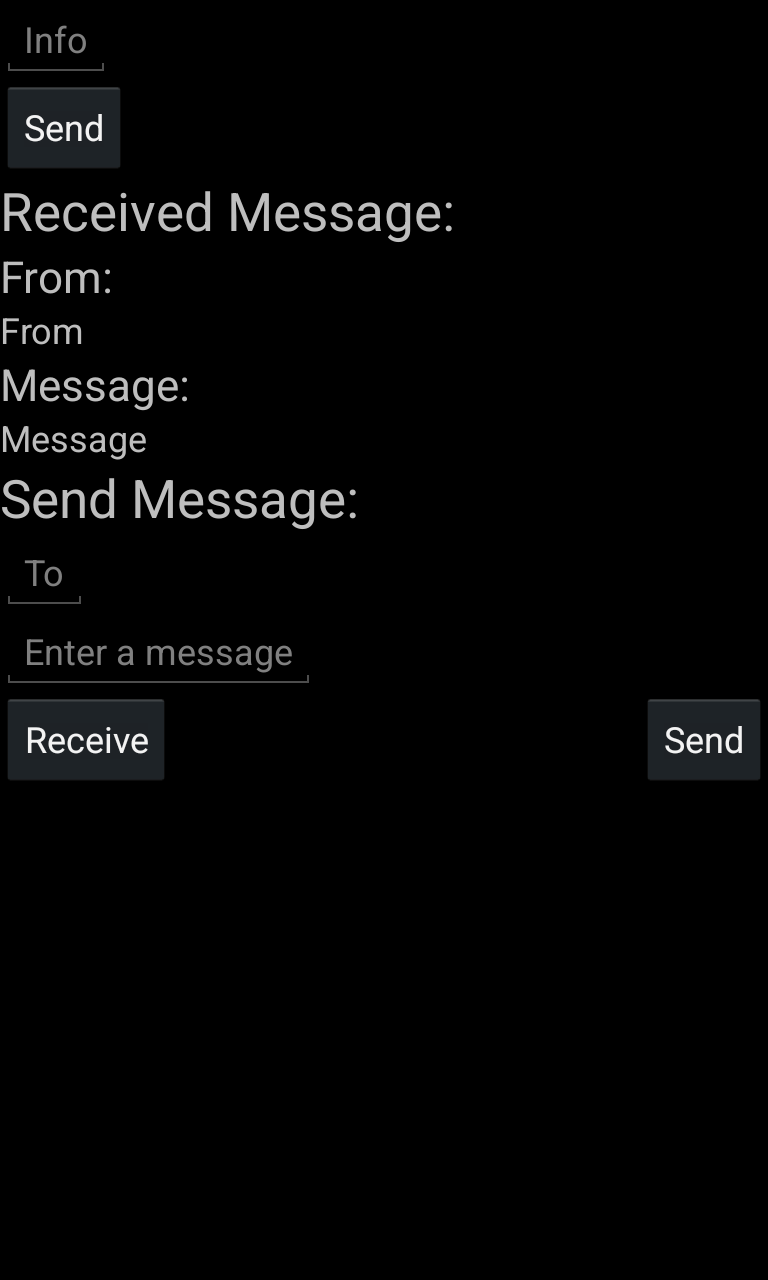
Repository: tomcynicholls/ThirdYearProject
Layout: JavaCode/App/res/layout/main.xml
These files come from the project's save history. The layout is drawn as it stood at one moment and after the next save; the edit follows.
It is drawn on a 768 x 1280 px phone screen (xhdpi) without system bars, with theme android:Theme.Holo; the app's code is not run.

Above is the layout before, as saved 2013-03-03 16:49:32.

### JavaCode/App/res/layout/main.xml
<?xml version="1.0" encoding="utf-8"?>
<LinearLayout xmlns:android="http://schemas.android.com/apk/res/android"
    xmlns:tools="http://schemas.android.com/tools"
    android:layout_width="match_parent"
    android:layout_height="match_parent"
    android:orientation="vertical" >

    <EditText android:id="@+id/edit_infosend"
        android:layout_height="wrap_content"
        android:layout_width="wrap_content"
        android:hint="@string/edit_infosend" />

    <Button
        android:layout_width="wrap_content"
        android:layout_height="wrap_content"
        android:text="@string/button_infosend"
        android:onClick="sendInfo" />

    <TextView
        android:id="@+id/textview_title"
        android:layout_width="wrap_content"
        android:layout_height="wrap_content"
        android:textSize="12pt"
        android:text="@string/receive_title" />

    <TextView
        android:id="@+id/textview_fromtitle"
        android:layout_width="wrap_content"
        android:layout_height="wrap_content"
        android:textSize="10pt"
        android:text="@string/fromtitle" />

    <TextView
        android:id="@+id/textview_from"
        android:layout_width="wrap_content"
        android:layout_height="wrap_content"
        android:textSize="8pt"
        android:text="@string/from" />

     <TextView
        android:id="@+id/textview_messagetitle"
        android:layout_width="wrap_content"
        android:layout_height="wrap_content"
        android:textSize="10pt"
        android:text="@string/messagetitle" />

     <TextView
        android:id="@+id/textview_message"
        android:layout_width="wrap_content"
        android:layout_height="wrap_content"
        android:textSize="8pt"
        android:text="@string/message" />

     <TextView
        android:id="@+id/textview_sendtitle"
        android:layout_width="wrap_content"
        android:layout_height="wrap_content"
        android:textSize="12pt"
        android:text="@string/send_title" />

      <EditText android:id="@+id/edit_receiver"
        android:layout_height="wrap_content"
        android:layout_width="wrap_content"
        android:hint="@string/edit_receiver" />


    <EditText android:id="@+id/edit_message"
        android:layout_height="wrap_content"
        android:layout_width="wrap_content"
        android:hint="@string/edit_message" />

    <RelativeLayout
            android:id="@+id/innerrel"
            android:layout_width="match_parent"
            android:layout_height="wrap_content"
            android:orientation="horizontal" >
    <Button
        android:layout_width="wrap_content"
        android:layout_height="wrap_content"
        android:text="@string/button_receive"
        android:onClick="receiveMessage"
        android:layout_alignParentLeft="true" />

    <Button
        android:layout_width="wrap_content"
        android:layout_height="wrap_content"
        android:text="@string/button_send"
        android:onClick="sendMessage"
        android:layout_alignParentRight="true" />

    </RelativeLayout>
</LinearLayout>

### JavaCode/App/res/values/strings.xml
<?xml version="1.0" encoding="utf-8"?>
<resources>

    <string name="app_name">TYP App</string>
    <string name="edit_message">Enter a message</string>
    <string name="edit_receiver">To</string>
    <string name="edit_infosend">Info</string>
    <string name="button_infosend">Send</string>
    <string name="button_send">Send</string>
    <string name="button_return">Return</string>
    <string name="button_receive">Receive</string>
    <string name="receive_title">Received Message:</string>
    <string name="send_title">Send Message:</string>
    <string name="menu_settings">Settings</string>
    <string name="title_activity_main">MainActivity</string>
    <string name="title_activity_display_message">Message</string>
    <string name="hello_world">Hello world!</string>
    <string name="holder">Text Holder</string>
    <string name="title_activity_view_xml_writer">View Xm lWriter</string>
    <string name="from">From</string>
    <string name="message">Message</string>
    <string name="fromtitle">From:</string>
    <string name="messagetitle">Message:</string>
    <string name="sent_title">Message Sent</string>

</resources>

After the next save:
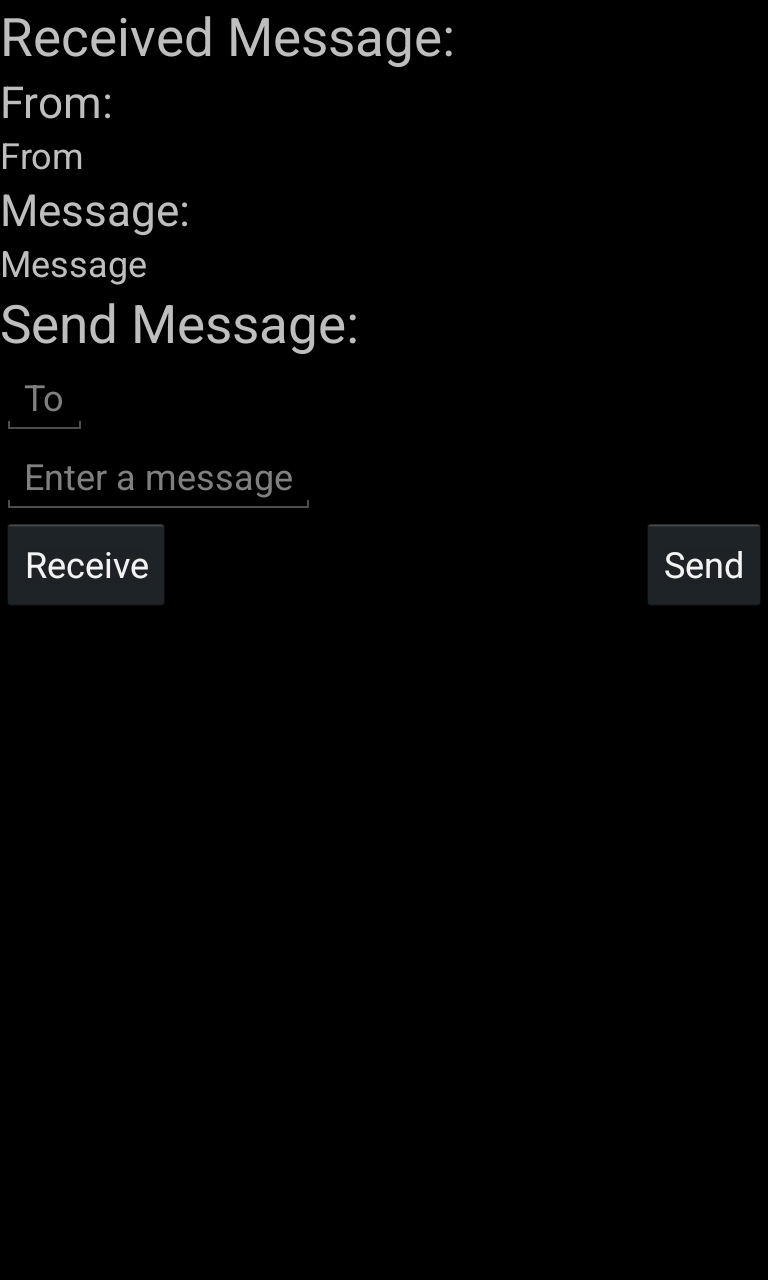
Saved 119 s later.
--- a/JavaCode/App/res/layout/main.xml
+++ b/JavaCode/App/res/layout/main.xml
@@ -5,16 +5,7 @@
     android:layout_height="match_parent"
     android:orientation="vertical" >
 
-    <EditText android:id="@+id/edit_infosend"
-        android:layout_height="wrap_content"
-        android:layout_width="wrap_content"
-        android:hint="@string/edit_infosend" />
 
-    <Button
-        android:layout_width="wrap_content"
-        android:layout_height="wrap_content"
-        android:text="@string/button_infosend"
-        android:onClick="sendInfo" />
 
     <TextView
         android:id="@+id/textview_title"
